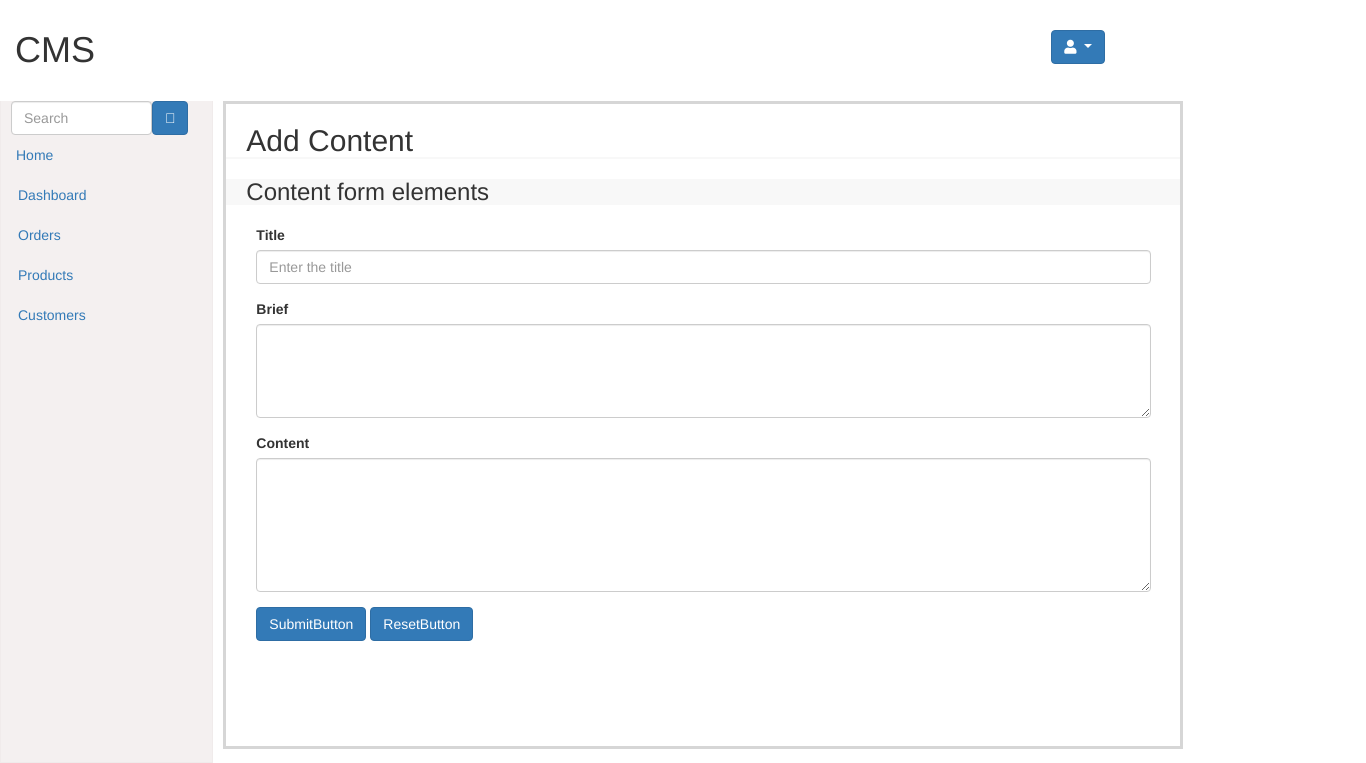
Repository: NgocNB20/travel
Page: NgocNb20_assigment8_9/edit.html
These files come from the project's save history. The page is drawn as it stood at one moment and after the next save; the edit follows.
The browser window is 1280 px wide. The page is 1366 px wide, so the pictures cover 1366 px, including what lies to the right of the window. The pictures show the whole page.
Some web libraries are served in a nearby version.

Above is the page before, as saved 2021-10-06 00:17:35.

After the next save:
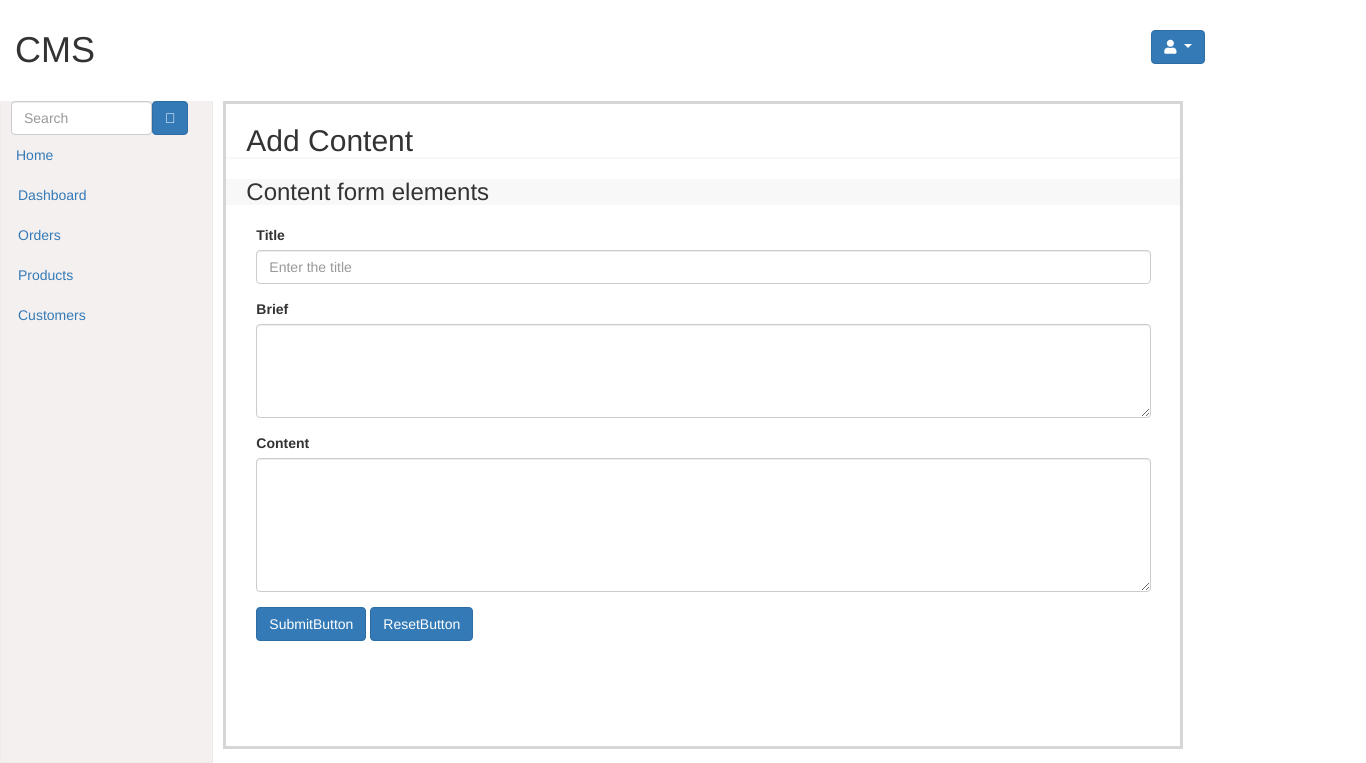
Saved 44 s later.
--- a/NgocNb20_assigment8_9/edit.css
+++ b/NgocNb20_assigment8_9/edit.css
@@ -94,7 +94,7 @@ h1.page-header {
     text-align: left;
 }
 .btn-group {
-    margin-right: 16rem;
+    margin-right: 6rem;
 }
 .dropdown-menu {
     position: absolute;
